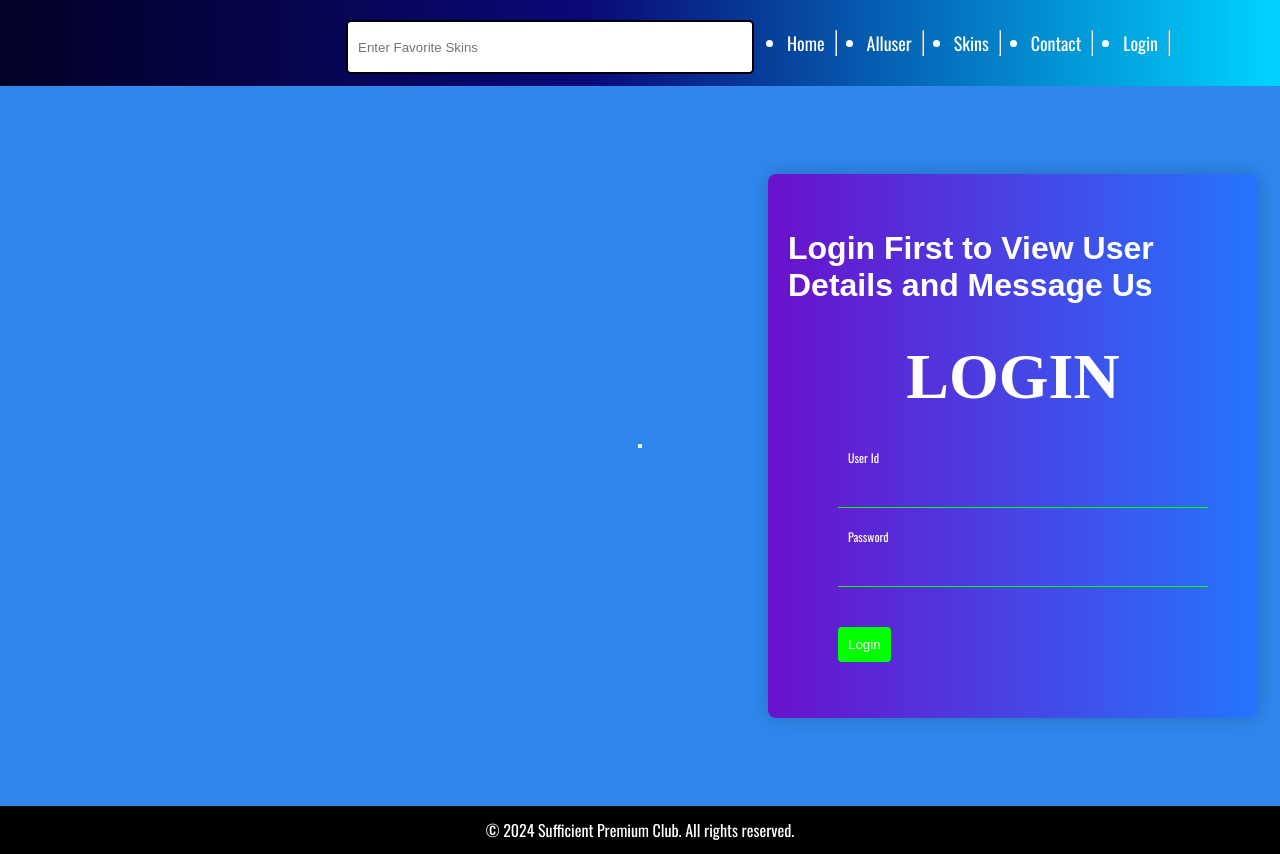
Repository: TechMukul/new
Page: /Login
These files come from the project's save history. The page is drawn as it stood at one moment and after the next save; the edit follows.
The browser window is 1280 px wide. The pictures show the whole page.
Some web fonts or font styles are not loaded; a fallback is used. The project was rebuilt for these pictures with package versions that can differ from the ones it lists, and the page was loaded fresh each time. The framework's server and built-in components were replaced by stand-ins that run in the browser. Also part of the build but not shown: next.config.mjs.

Above is the page before, as saved 2024-08-09 15:17:42.

After the next save:
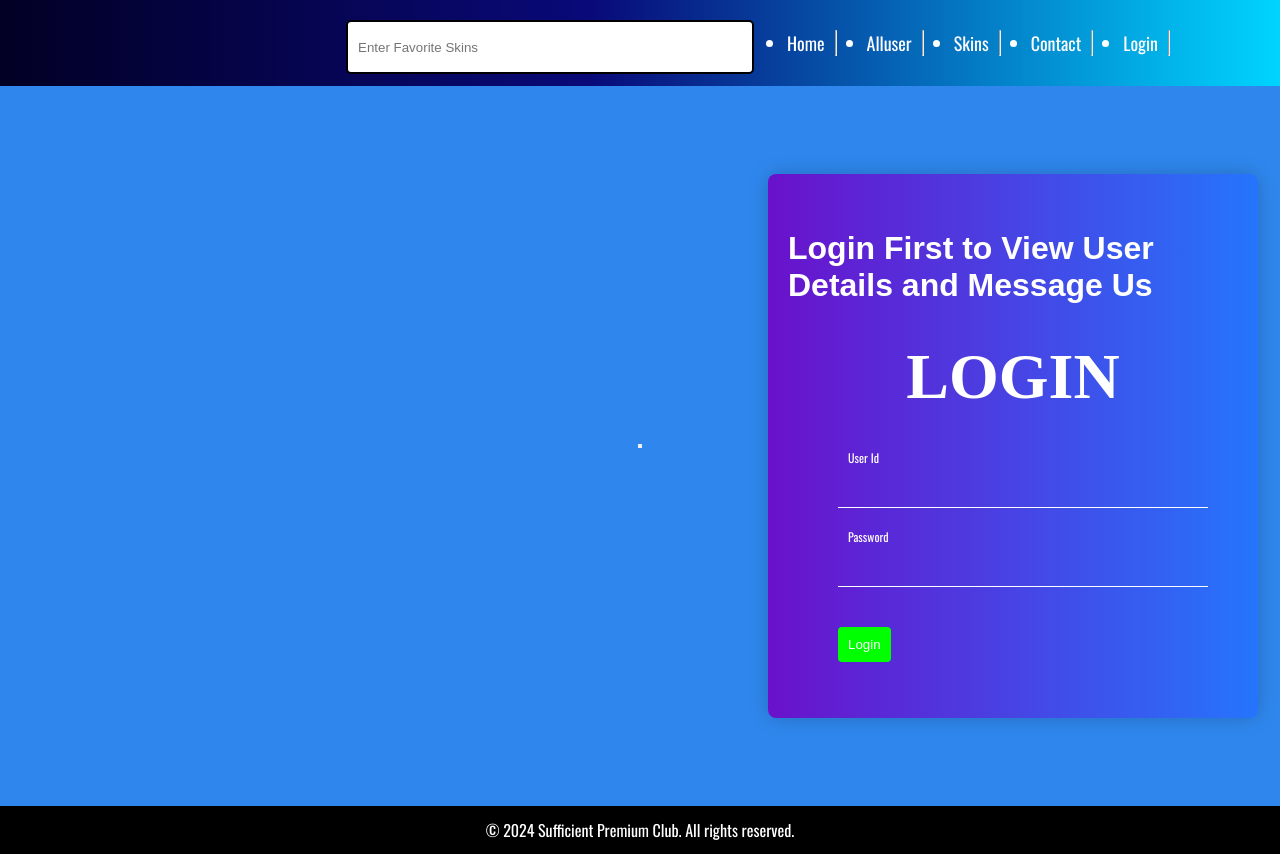
Saved 12 s later.
--- a/pages/Login/index.module.scss
+++ b/pages/Login/index.module.scss
@@ -106,7 +106,7 @@
     padding: 10px;
     font-size: 16px;
     border: none;
-    border-bottom: 1px solid #00ff00; /* Green border-bottom */
+    border-bottom: 1px solid white; /* Green border-bottom */
     background-color: transparent;
     color: white; /* Green text color */
     transition: border-color 0.3s ease;
